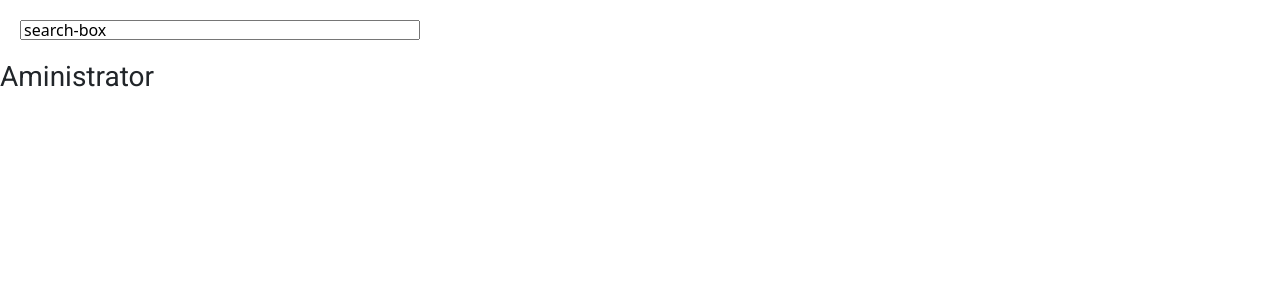
Repository: ThanhNghiadn03/Website-1-JSP-Servlet
Page: http://localhost/new-web-ban-sach/admin-home
An editor plug-in stored every save of this project. The page is shown before and after the next save, followed by the edit.
The browser window is 1280 px wide. The pictures show the whole page.
The page is served by Tomcat 9.

Above is the page before, as saved 2023-04-26 07:52:19.

After the next save:
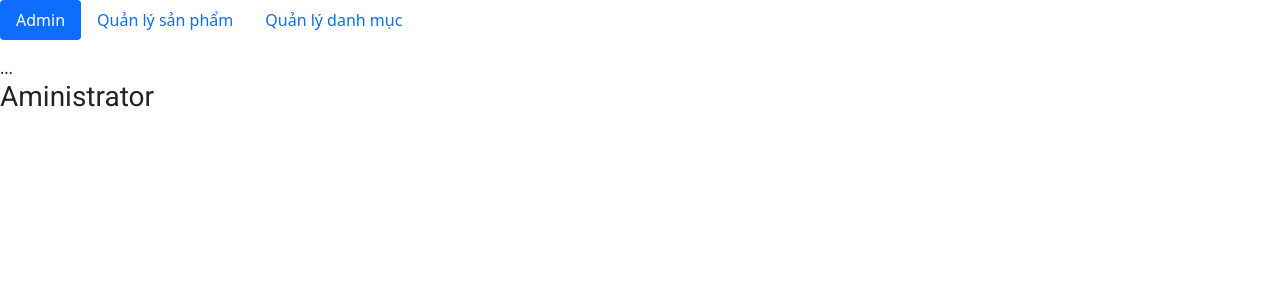
Saved 5 min 12 s later.
--- a/Project/new-web-ban-sach/src/main/webapp/views/admin/admin.jsp
+++ b/Project/new-web-ban-sach/src/main/webapp/views/admin/admin.jsp
@@ -15,7 +15,31 @@
 </head>
 <body>
 	<div class="header">
-		<input type="text" value="search-box" class="Search-box">
+		<ul class="nav nav-pills mb-3" id="pills-tab" role="tablist">
+			<li class="nav-item" role="presentation">
+				<button class="nav-link active" id="pills-home-tab"
+					data-bs-toggle="pill" data-bs-target="#pills-home" type="button"
+					role="tab" aria-controls="pills-home" aria-selected="true">Admin</button>
+			</li>
+			<li class="nav-item" role="presentation">
+				<button class="nav-link" id="pills-profile-tab"
+					data-bs-toggle="pill" data-bs-target="#pills-profile" type="button"
+					role="tab" aria-controls="pills-profile" aria-selected="false">Quản lý sản phẩm</button>
+			</li>
+			<li class="nav-item" role="presentation">
+				<button class="nav-link" id="pills-contact-tab"
+					data-bs-toggle="pill" data-bs-target="#pills-contact" type="button"
+					role="tab" aria-controls="pills-contact" aria-selected="false">Quản lý danh mục</button>
+			</li>
+		</ul>
+		<div class="tab-content" id="pills-tabContent">
+			<div class="tab-pane fade show active" id="pills-home"
+				role="tabpanel" aria-labelledby="pills-home-tab">...</div>
+			<div class="tab-pane fade" id="pills-profile" role="tabpanel"
+				aria-labelledby="pills-profile-tab">...</div>
+			<div class="tab-pane fade" id="pills-contact" role="tabpanel"
+				aria-labelledby="pills-contact-tab">...</div>
+		</div>
 	</div>
 	<div class="left-right">
 		<div class="left-side">
@@ -24,8 +48,8 @@
 		<div class="right-side"></div>
 	</div>
 	<script
-	src="https://cdn.jsdelivr.net/npm/bootstrap@5.0.2/dist/js/bootstrap.bundle.min.js"
-	integrity="sha384-MrcW6ZMFYlzcLA8Nl+NtUVF0sA7MsXsP1UyJoMp4YLEuNSfAP+JcXn/tWtIaxVXM"
-	crossorigin="anonymous"></script>
+		src="https://cdn.jsdelivr.net/npm/bootstrap@5.0.2/dist/js/bootstrap.bundle.min.js"
+		integrity="sha384-MrcW6ZMFYlzcLA8Nl+NtUVF0sA7MsXsP1UyJoMp4YLEuNSfAP+JcXn/tWtIaxVXM"
+		crossorigin="anonymous"></script>
 </body>
 </html>
